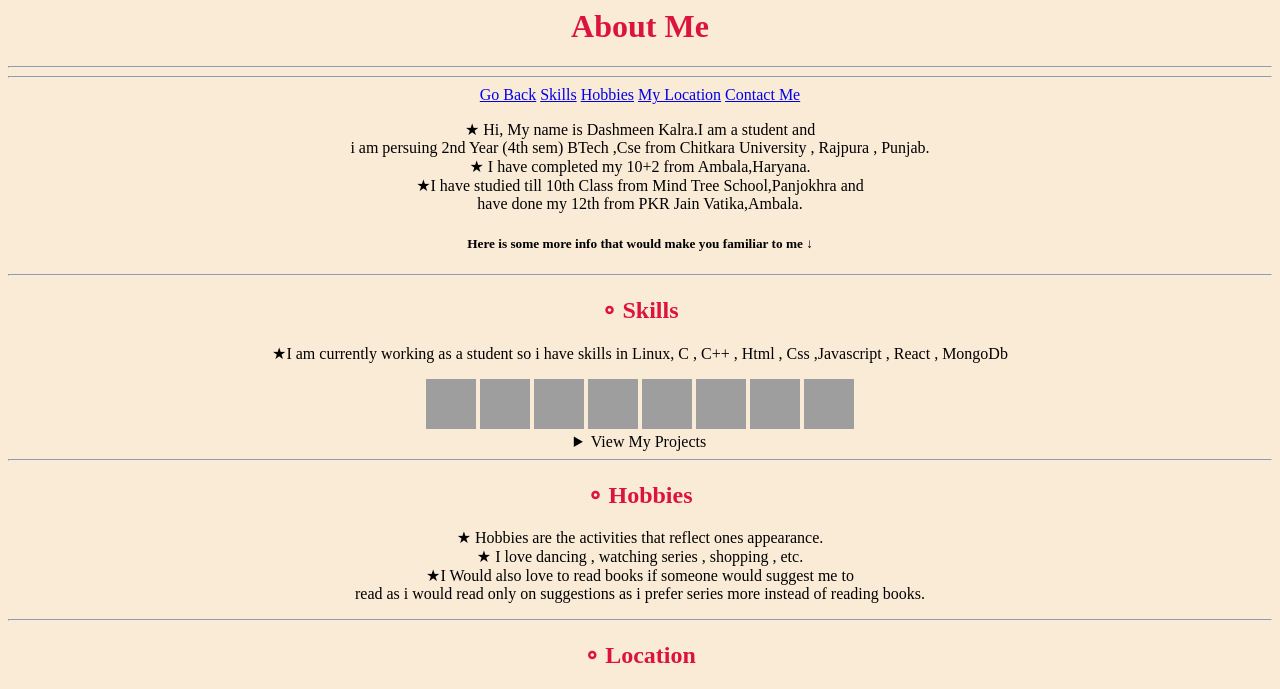
Repository: dashmeenkalra/dashmeen_kalra
Page: first.html
The author's editor kept a copy of each file at every save. The page is drawn from the files as they stood at one save, then again after the next save.
The browser window is 1280 px wide. The pictures show the part of the page from y = 0 to 689 px (the page is 1207 px tall).
Pictures or frames that could not be fetched are drawn as grey boxes.

Above is the page before, as saved 2023-02-22 20:30:38.

After the next save:
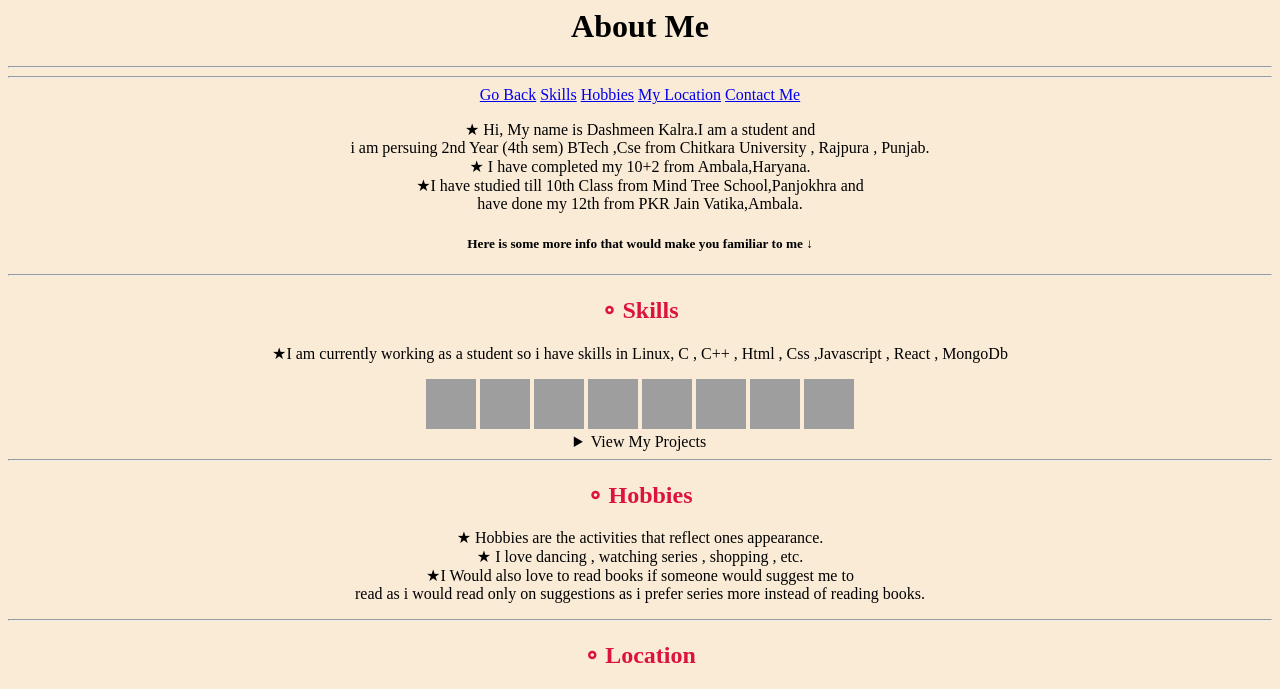
Saved 27 s later.
--- a/first.html
+++ b/first.html
@@ -9,7 +9,7 @@
         <header>
         <header id ="header">
         <center>
-        <h1 style="color: crimson;"> About Me </h1><hr/><hr/>
+        <h1> About Me </h1><hr/><hr/>
         <a href ="profile.html" >Go Back</a>
         <a href="#skills" >Skills</a>
         <a href="#hobbies" >Hobbies</a>
